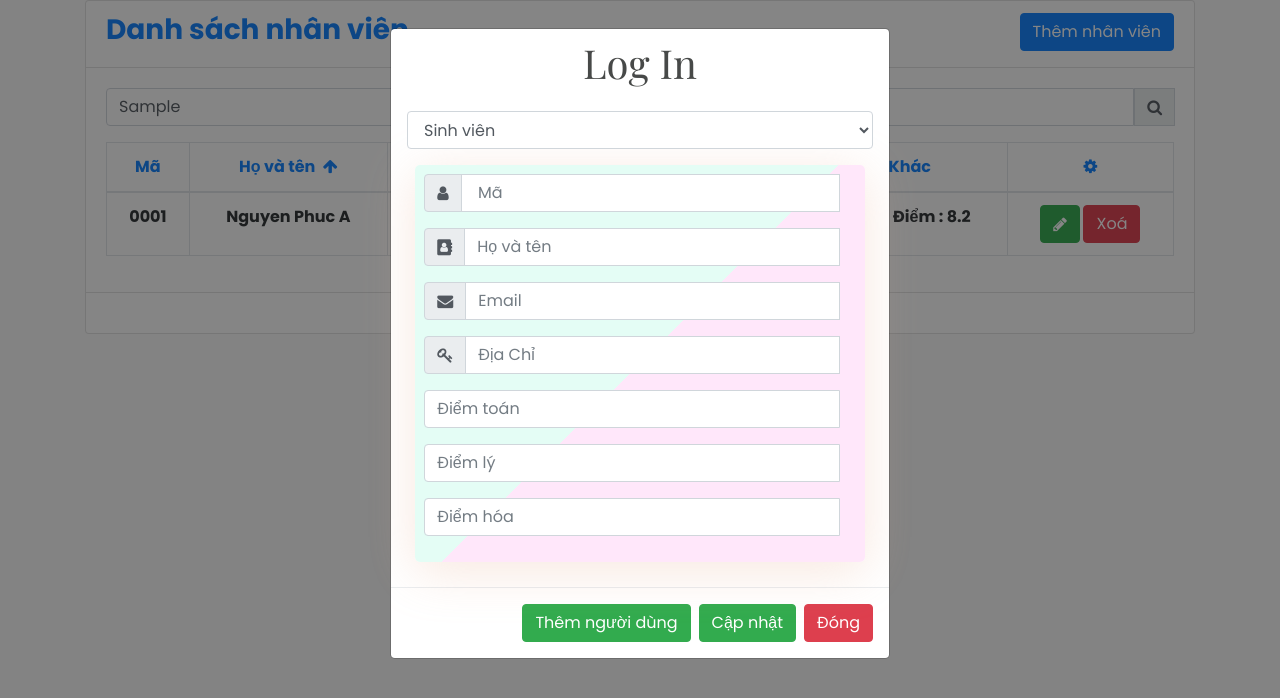
Repository: maitan0705/es6_oop
Page: index.html
The author's editor kept a copy of each file at every save. The page is drawn from the files as they stood at one save, then again after the next save.
The browser window is 1280 px wide. The pictures show the whole page.
Empty fields were first filled with sample values (such as "Sample", 5 or name@example.com).
After loading, the first visible `#btnThem` was clicked once.
Some web fonts or font styles are not loaded; a fallback is used.

Above is the page before, as saved 2023-04-12 09:23:34.

After the next save:
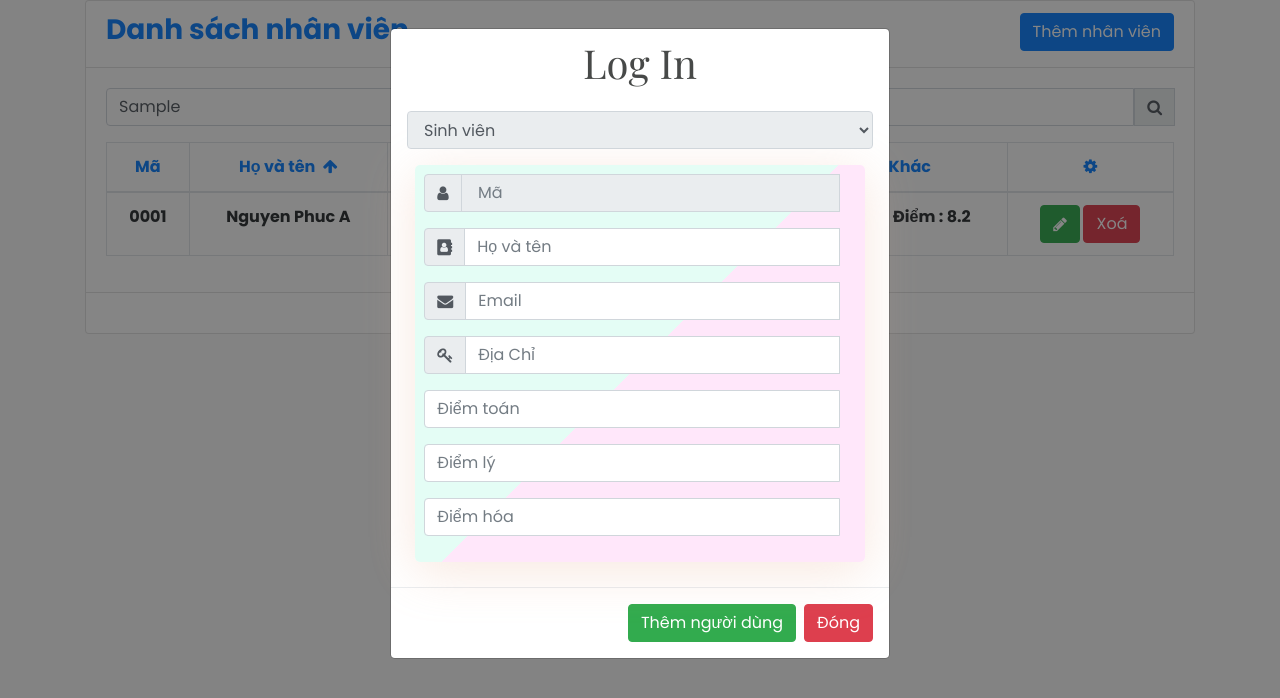
Saved 13 s later.
--- a/controllers/index.js
+++ b/controllers/index.js
@@ -28,7 +28,10 @@ listPerson.get();
 
 listPerson.renderTable("#tableDanhSach");
 document.querySelector('#btnThem').onclick= () =>{
-
+  document.querySelector('#ma').disabled = 'true';
+  document.querySelector("#doiTuong").disabled = 'true'
+  document.querySelector('#btnCapNhat').style.display = 'none';
+  document.querySelector('#btnThemNV').style.display = 'inline'
 }
 document.querySelector("#btnThemNV").onclick = () => {
   let personUser = document.querySelector("#doiTuong").value;
